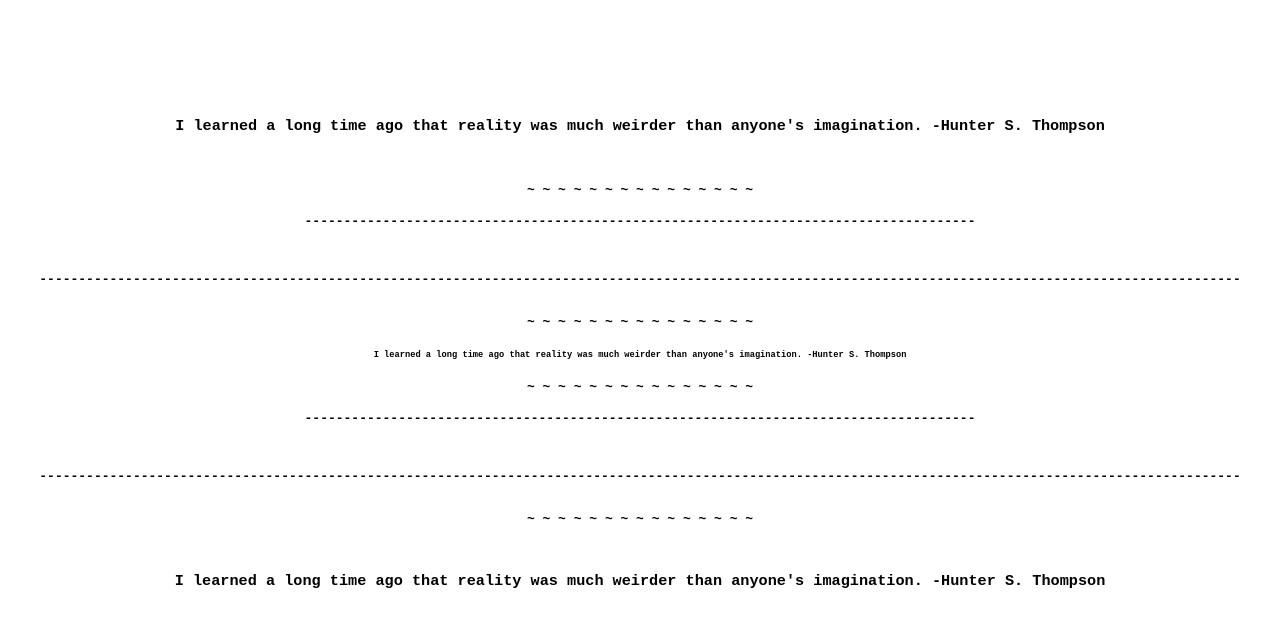
Repository: penas326/penas326.github.io
Page: composition/index.html
The author's editor kept a record of every edit. The page is drawn from the files as they stood at one moment, then again after the next edit.
The browser window is 1280 px wide. The pictures show the whole page.

Above is the page before.

### composition/index.html
  <html>

    <head>
        <title>Composition</title>
    </head>
        <br>
        <br>
        <br>
        <br>
        <br>
        <strong><h3 align="center"><code>I learned a long time ago that reality was much weirder than anyone's imagination. -Hunter S. Thompson</h3>
    </body>
            <center>
        <br>
        <br>
        <strong>~ ~ ~ ~ ~ ~ ~ ~ ~ ~ ~ ~ ~ ~ ~</strong>
        <br>
        <h3 align="center"></h3><code>--------------------------------------------------------------------------------------</p>
        <br>
        <h3 align="center"></h3><code>----------------------------------------------------------------------------------------------------------------------------------------------------------</p>
        <br>
        <strong>~ ~ ~ ~ ~ ~ ~ ~ ~ ~ ~ ~ ~ ~ ~</strong>
        </center>
         </head>
        <strong><h6 align="center"><code>I learned a long time ago that reality was much weirder than anyone's imagination. -Hunter S. Thompson</h6>
               <center>
        <strong>~ ~ ~ ~ ~ ~ ~ ~ ~ ~ ~ ~ ~ ~ ~</strong>
        <br>
        <h3 align="center"></h3><code>--------------------------------------------------------------------------------------</p>
        <br>
        <h3 align="center"></h3><code>----------------------------------------------------------------------------------------------------------------------------------------------------------</p>
        <br>
        <strong>~ ~ ~ ~ ~ ~ ~ ~ ~ ~ ~ ~ ~ ~ ~</strong>
        </center>
         </head>
        <br>
        <br>
        <strong><h3 align="center"><code>I learned a long time ago that reality was much weirder than anyone's imagination. -Hunter S. Thompson</h3>
    </body>

</html>

After the next edit:
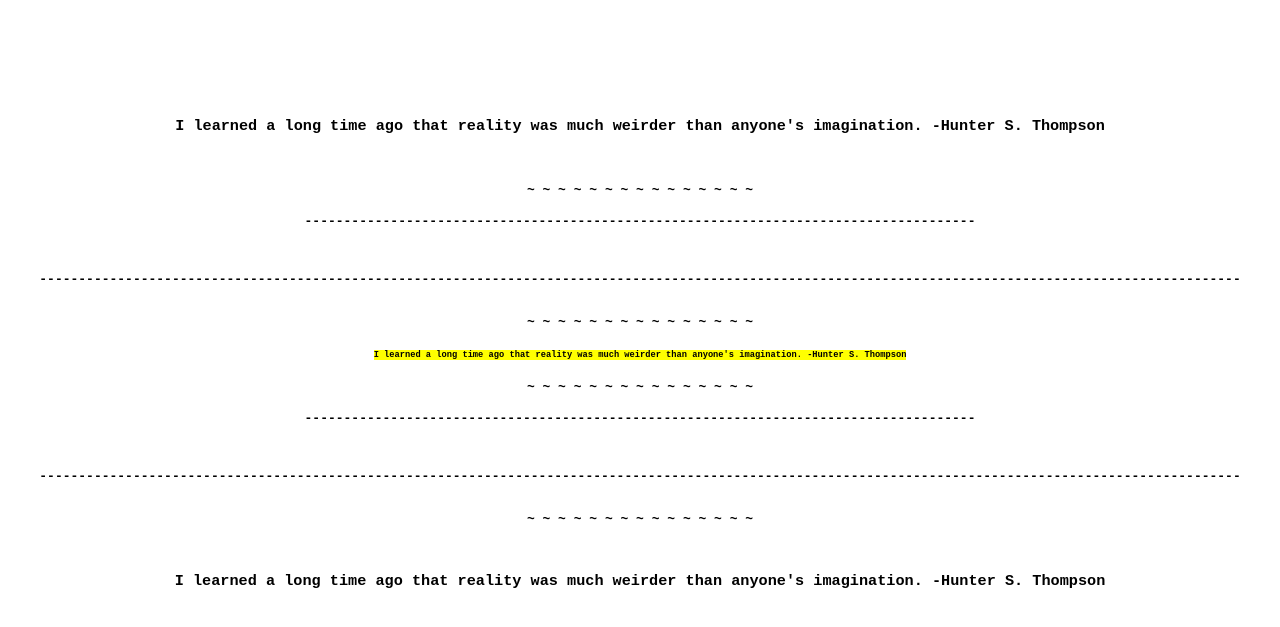
The edit:
--- a/composition/index.html
+++ b/composition/index.html
@@ -22,7 +22,7 @@
         <strong>~ ~ ~ ~ ~ ~ ~ ~ ~ ~ ~ ~ ~ ~ ~</strong>
         </center>
          </head>
-        <strong><h6 align="center"><code>I learned a long time ago that reality was much weirder than anyone's imagination. -Hunter S. Thompson</h6>
+        <strong><h6 align="center"><code><mark>I learned a long time ago that reality was much weirder than anyone's imagination. -Hunter S. Thompson</h6>
                <center>
         <strong>~ ~ ~ ~ ~ ~ ~ ~ ~ ~ ~ ~ ~ ~ ~</strong>
         <br>
